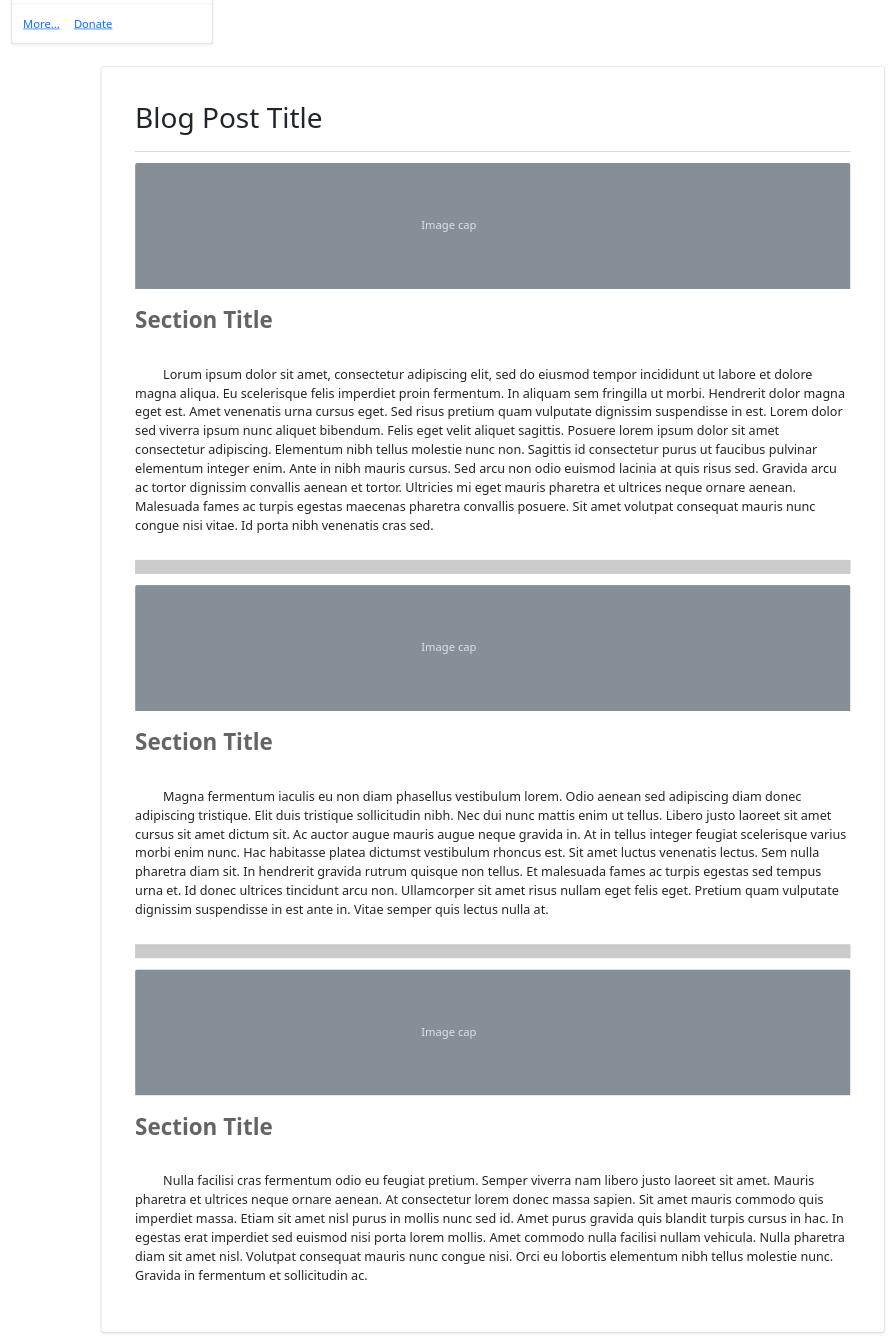
Repository: LublubXT/Azi-Tec-Team
Page: views/templates/blogs/personalblog/home.html
An editor plug-in stored every save of this project. The page is shown before and after the next save, followed by the edit.
The browser window is 1280 px wide. The pictures show the part of the page from y = 1387 to 3307 px (the page is 3307 px tall before and 3243 px after), at 70% of full size.

Above is the page before, as saved 2021-03-11 09:35:18.

### views/templates/blogs/personalblog/home.html
<!DOCTYPE html>
<html lang="en">

    <head>
        <meta charset="UTF-8">
        <meta http-equiv="X-UA-Compatible" content="IE=edge">
        <meta name="viewport" content="width=device-width, initial-scale=1.0">

        <!-- import style sheet file -->
        <link rel="stylesheet" href="css/style.css">
        <link rel="stylesheet" href="css/bootstrap.min.css">
        <link rel="stylesheet" href="fontawesome/css/all.css">


        <title>My Blog</title>
    </head>

    <body>
        <div class="header imgDiv">
            <nav class="navbar navbar-expand-lg navbar-light fixed-top shadow-sm"
                style="background-color: transparent;">
                <div class="container-fluid">
                    <a class="navbar-brand" href="#">My Blog</a>
                    <button class="navbar-toggler" type="button" data-bs-toggle="collapse"
                        data-bs-target="#navbarNavAltMarkup" aria-controls="navbarNavAltMarkup" aria-expanded="false"
                        aria-label="Toggle navigation">
                        <span class="navbar-toggler-icon"></span>
                    </button>
                    <div class="collapse navbar-collapse float-end" id="navbarNavAltMarkup">
                        <div class="navbar-nav float-end">
                            <a class="nav-link active" aria-current="page" href="#">Home</a>
                            <a class="nav-link" href="#">Posts</a>
                            <a class="nav-link" href="#">Donate</a>
                        </div>
                    </div>
                </div>
            </nav>
            <p class="card-text position-absolute top-50 end-50 text-light">Image
                cap</p>
        </div>

        <div style="width: 100%;">

            <div class="card mx-3 my-3 shadow-sm" style="width: 18rem;">
                <svg class="bd-placeholder-img card-img-top" width="100%" height="180"
                    xmlns="http://www.w3.org/2000/svg" role="img" aria-label="Placeholder: Image cap"
                    preserveAspectRatio="xMidYMid slice" focusable="true">
                    <title>Placeholder</title>
                    <rect width="100%" height="100%" fill="#868e96"></rect><text x="40%" y="50%" fill="#dee2e6"
                        dy=".3em">Image
                        cap</text>
                </svg>
                <div class="card-body">
                    <h5 class="card-title">About me</h5>
                    <p class="card-text">Lorem ipsum dolor sit amet, consectetur adipiscing elit, sed do eiusmod tempor
                        incididunt ut labore et dolore magna
                        aliqua. Euismod elementum nisi quis eleifend quam adipiscing vitae proin. Quis enim lobortis
                        scelerisque fermentum.
                        Dignissim diam quis enim lobortis scelerisque fermentum. Id interdum velit laoreet id donec
                        ultrices tincidunt arcu non.</p>
                </div>
                <ul class="list-group list-group-flush">
                    <li class="list-group-item"><i class="far fa-envelope"> Email</i></li>
                    <li class="list-group-item"><i class="fab fa-twitter"> Twitter</i></li>
                    <li class="list-group-item"><i class="fab fa-facebook"> Facbook</i></li>
                </ul>
                <div class="card-body">
                    <a href="#" class="card-link">More...</a>
                    <a href="#" class="card-link">Donate</a>
                </div>
            </div>
            <div class="card mx-3 my-3 float-end shadow-sm p-5" style="width: 70rem; height: auto;">
                <h1>Blog Post Title</h1>
                <hr>
                <svg class="bd-placeholder-img card-img-top" width="100%" height="180"
                    xmlns="http://www.w3.org/2000/svg" role="img" aria-label="Placeholder: Image cap"
                    preserveAspectRatio="xMidYMid slice" focusable="true">
                    <title>Placeholder</title>
                    <rect width="100%" height="100%" fill="#868e96"></rect><text x="40%" y="50%" fill="#dee2e6"
                        dy=".3em">Image
                        cap</text>
                </svg>
                <p class="main_title">Section Title</p>
                <p class="text-dark main_p"><span class="tab"></span> Lorum ipsum dolor sit amet, consectetur adipiscing
                    elit,
                    sed do eiusmod
                    tempor
                    incididunt ut labore et dolore magna
                    aliqua. Eu scelerisque felis imperdiet proin fermentum. In aliquam sem fringilla ut morbi. Hendrerit
                    dolor magna eget
                    est. Amet venenatis urna cursus eget. Sed risus pretium quam vulputate dignissim suspendisse in est.
                    Lorem dolor sed
                    viverra ipsum nunc aliquet bibendum. Felis eget velit aliquet sagittis. Posuere lorem ipsum dolor
                    sit amet consectetur
                    adipiscing. Elementum nibh tellus molestie nunc non. Sagittis id consectetur purus ut faucibus
                    pulvinar elementum
                    integer enim. Ante in nibh mauris cursus. Sed arcu non odio euismod lacinia at quis risus sed.
                    Gravida arcu ac tortor
                    dignissim convallis aenean et tortor. Ultricies mi eget mauris pharetra et ultrices neque ornare
                    aenean. Malesuada fames
                    ac turpis egestas maecenas pharetra convallis posuere. Sit amet volutpat consequat mauris nunc
                    congue nisi vitae. Id
                    porta nibh venenatis cras sed.
                </p>
                <hr class="blog_hr">
                <svg class="bd-placeholder-img card-img-top" width="100%" height="180"
                    xmlns="http://www.w3.org/2000/svg" role="img" aria-label="Placeholder: Image cap"
                    preserveAspectRatio="xMidYMid slice" focusable="true">
                    <title>Placeholder</title>
                    <rect width="100%" height="100%" fill="#868e96"></rect><text x="40%" y="50%" fill="#dee2e6"
                        dy=".3em">Image
                        cap</text>
                </svg>
                <p class="main_title">Section Title</p>
                <p class="text-dark main_p"><span class="tab"></span>
                    Magna fermentum iaculis eu non diam phasellus vestibulum lorem. Odio aenean sed adipiscing diam
                    donec adipiscing
                    tristique. Elit duis tristique sollicitudin nibh. Nec dui nunc mattis enim ut tellus. Libero justo
                    laoreet sit amet
                    cursus sit amet dictum sit. Ac auctor augue mauris augue neque gravida in. At in tellus integer
                    feugiat scelerisque
                    varius morbi enim nunc. Hac habitasse platea dictumst vestibulum rhoncus est. Sit amet luctus
                    venenatis lectus. Sem
                    nulla pharetra diam sit. In hendrerit gravida rutrum quisque non tellus. Et malesuada fames ac
                    turpis egestas sed tempus
                    urna et. Id donec ultrices tincidunt arcu non. Ullamcorper sit amet risus nullam eget felis eget.
                    Pretium quam vulputate
                    dignissim suspendisse in est ante in. Vitae semper quis lectus nulla at.
                </p>
                <hr class="blog_hr">
                <svg class="bd-placeholder-img card-img-top" width="100%" height="180"
                    xmlns="http://www.w3.org/2000/svg" role="img" aria-label="Placeholder: Image cap"
                    preserveAspectRatio="xMidYMid slice" focusable="true">
                    <title>Placeholder</title>
                    <rect width="100%" height="100%" fill="#868e96"></rect><text x="40%" y="50%" fill="#dee2e6"
                        dy=".3em">Image
                        cap</text>
                </svg>
                <p class="main_title">Section Title</p>
                <p class="text-dark main_p"><span class="tab"></span>
                    Nulla facilisi cras fermentum odio eu feugiat pretium. Semper viverra nam libero justo laoreet sit
                    amet. Mauris pharetra
                    et ultrices neque ornare aenean. At consectetur lorem donec massa sapien. Sit amet mauris commodo
                    quis imperdiet massa.
                    Etiam sit amet nisl purus in mollis nunc sed id. Amet purus gravida quis blandit turpis cursus in
                    hac. In egestas erat
                    imperdiet sed euismod nisi porta lorem mollis. Amet commodo nulla facilisi nullam vehicula. Nulla
                    pharetra diam sit amet
                    nisl. Volutpat consequat mauris nunc congue nisi. Orci eu lobortis elementum nibh tellus molestie
                    nunc. Gravida in
                    fermentum et sollicitudin ac.
                </p>

            </div>
        </div>

    </body>

</html>

### views/templates/blogs/personalblog/css/style.css
body {
    margin: 0px;
    padding: 0px;
}

.header {
    max-width: 100%;
    height: 45rem;
}

.imgDiv {
    background-color: #868e96;
}


.navbar {
    background-color: transparent;
    max-width: 100%;
    height: 50px;
    color: white;
    z-index: 3;
    position: sticky;
    top: 0px;
    left: 0px;
}

.mainlink {
    color: white;
    font-family: 'Courier New', Courier, monospace;
    font-weight: bolder;
    background: transparent;
    font-size: xx-large;
    text-decoration: none;
    float: left;
    margin: 10px;
}

.link {
    color: white;
    font-family: 'Courier New', Courier, monospace;
    font-weight: bolder;
    background: transparent;
    font-size: large;
    float: right;
    margin: 10px;
    margin-left: 10px;
    text-decoration: none;
}

.main_p {
    color: rgb(100, 100, 100);
    font-size: large;
    font-weight: 400;
    margin-top: 20px;
    margin-bottom: 20px;
}

.tab {
    margin-left: 40px;
}

.main_title {
    color: rgb(100, 100, 100);
    font-size: xx-large;
    font-weight: bold;
    margin-top: 20px;
    margin-bottom: 20px;
}

.blog_title {
    color: rgb(150, 150, 150);
    text-align: center;
    margin-top: 20px;
    margin-bottom: 20px;
}

.blog_hr {
    color: rgb(50, 50, 50);
    background: transparent;
    border: 10px solid rgb(50, 50, 50);
    m
}

Loaded but not shown: views/templates/blogs/personalblog/css/bootstrap.min.css (library); views/templates/blogs/personalblog/fontawesome/css/all.css (library)

After the next save:
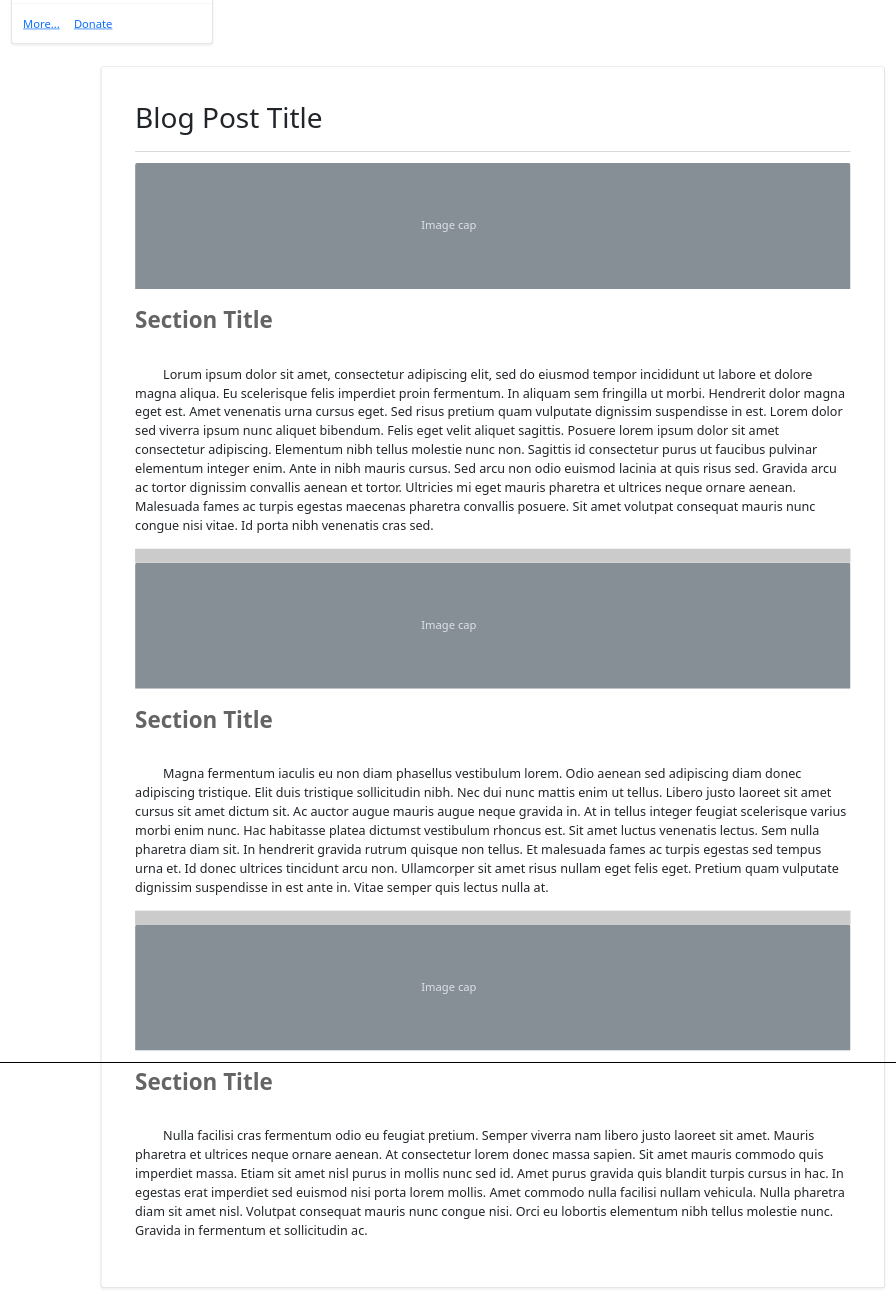
Saved 21 s later.
--- a/views/templates/blogs/personalblog/css/style.css
+++ b/views/templates/blogs/personalblog/css/style.css
@@ -78,5 +78,5 @@
     color: rgb(50, 50, 50);
     background: transparent;
     border: 10px solid rgb(50, 50, 50);
-    m
+    margin: 0
 }

After the save that followed:
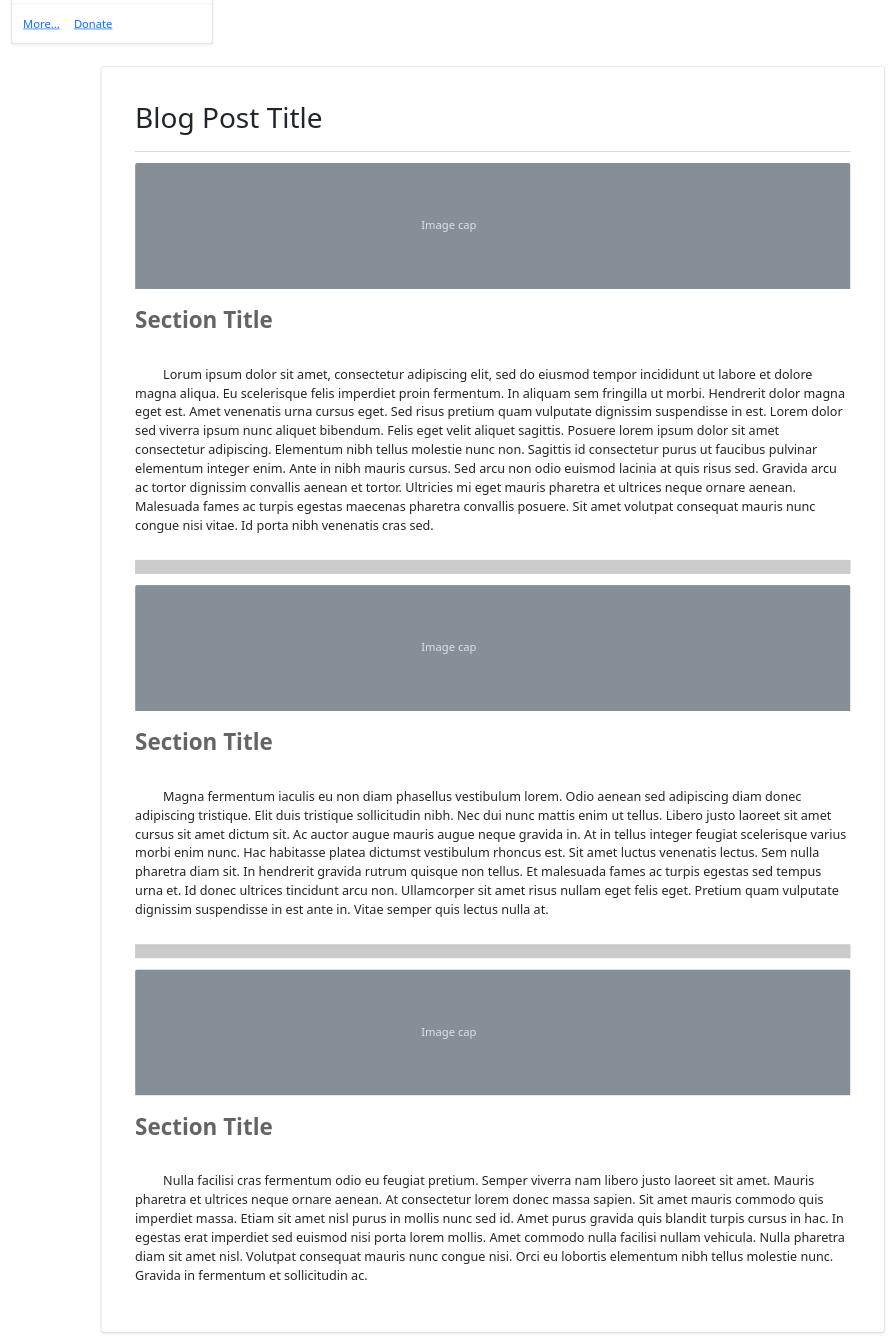
Saved 36 s later.
--- a/views/templates/blogs/personalblog/css/style.css
+++ b/views/templates/blogs/personalblog/css/style.css
@@ -78,5 +78,5 @@
     color: rgb(50, 50, 50);
     background: transparent;
     border: 10px solid rgb(50, 50, 50);
-    margin: 0
+    margin: 20 auto;
 }
